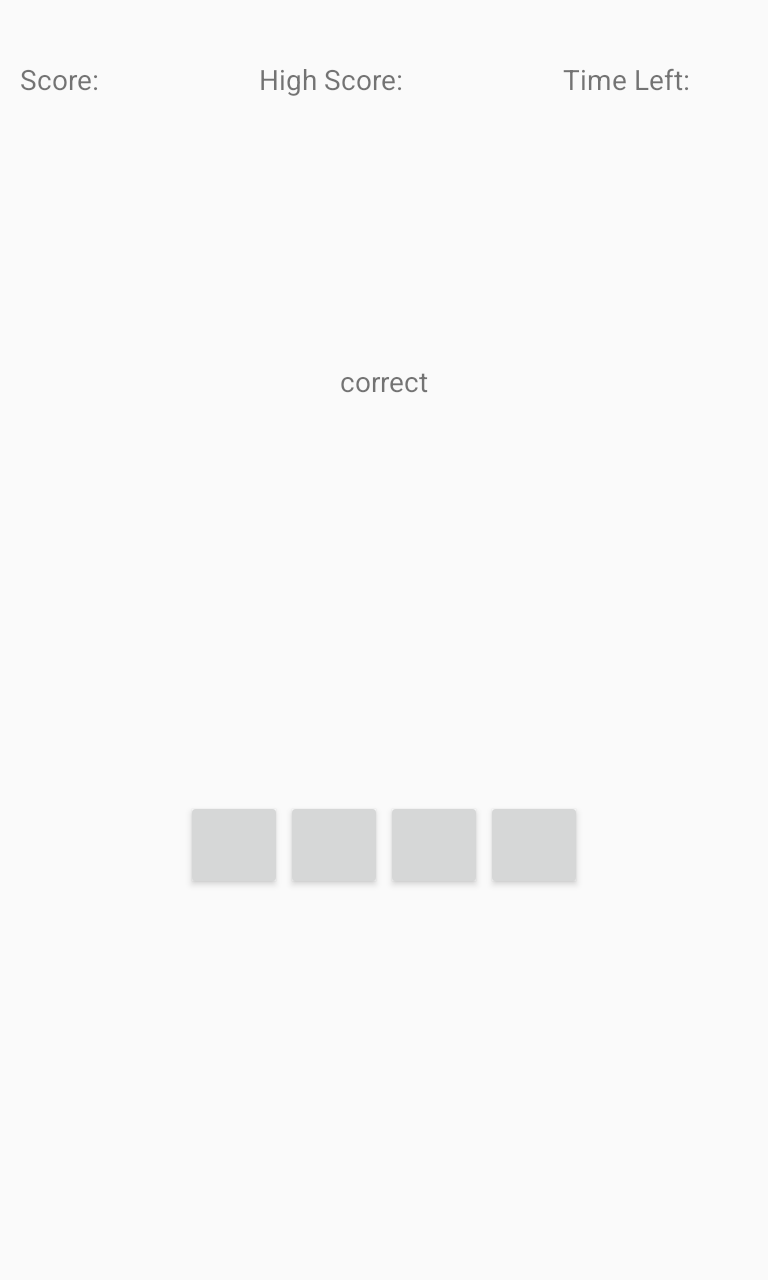
Repository: JoanneCaroll/Mathbomb
Layout: MathBomb/res/layout/activity_startgame.xml
An editor plug-in stored every save of this project. The layout is shown before and after the next save, followed by the edit.
It is drawn on a 768 x 1280 px phone screen (xhdpi) without system bars, with theme AppTheme; the app's code is not run.

Above is the layout before, as saved 2014-11-12 04:50:09.

After the next save:
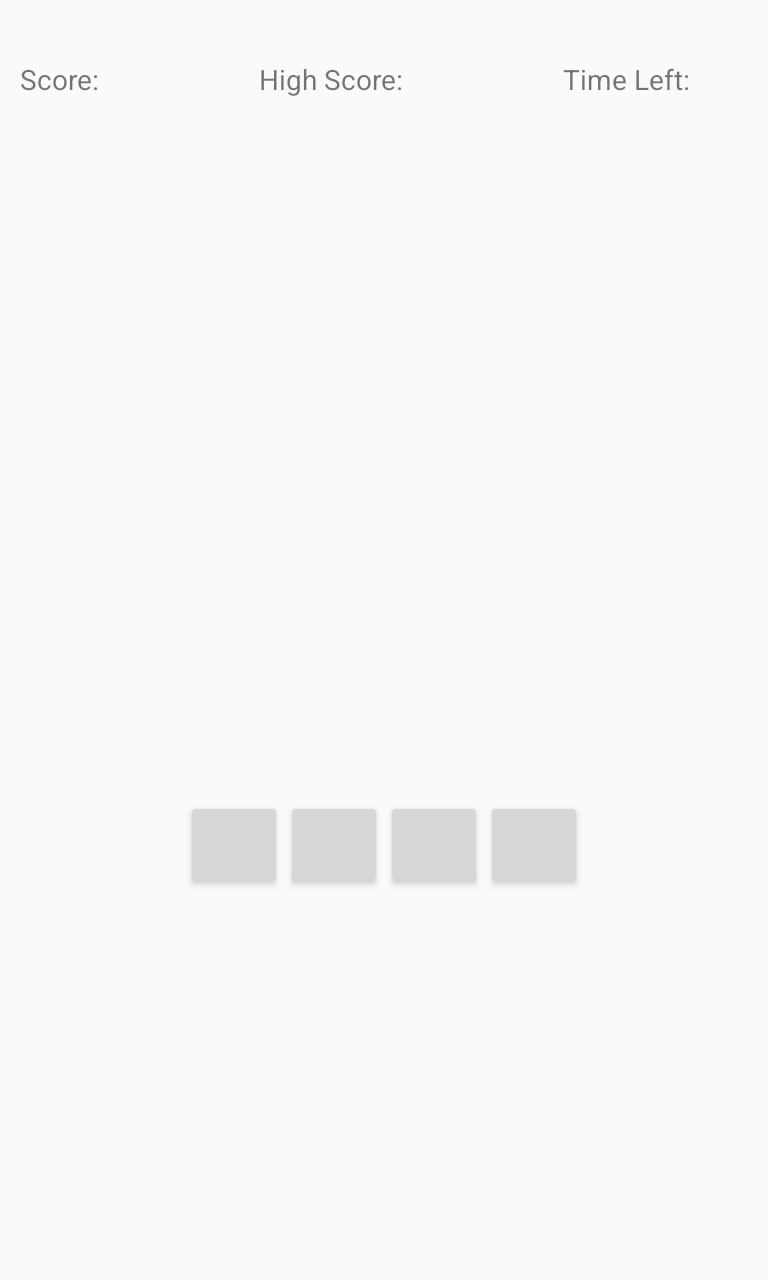
Saved 6 min 8 s later.
--- a/MathBomb/res/layout/activity_startgame.xml
+++ b/MathBomb/res/layout/activity_startgame.xml
@@ -90,8 +90,7 @@
 		    android:id="@+id/showcorrect"
 		    android:layout_width="wrap_content"
 		    android:layout_height="wrap_content"
-		    android:padding="5dp"
-		    android:text="correct" />
+		    android:padding="5dp" />
 
 	<RelativeLayout
 	        android:layout_width="match_parent"
